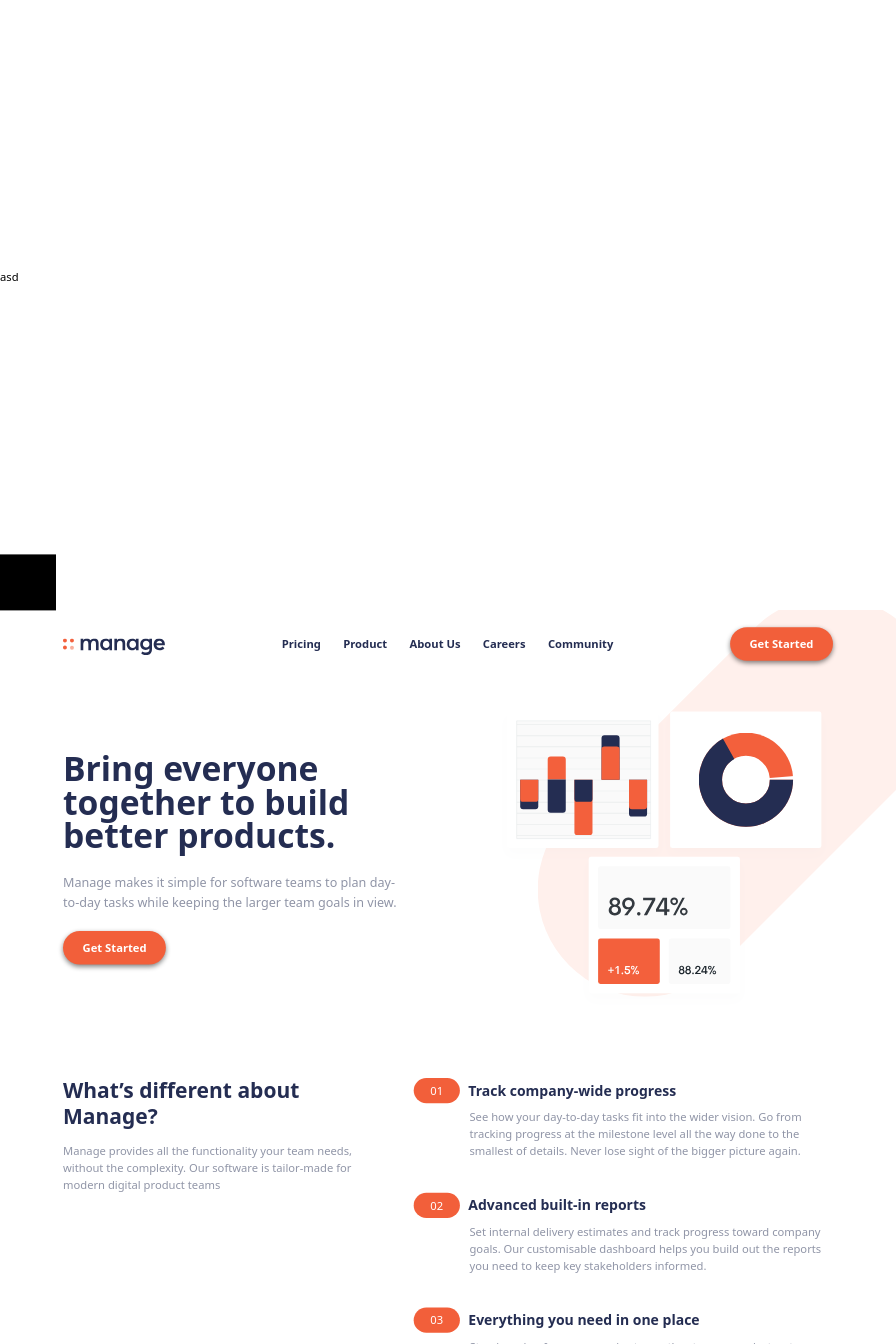
Repository: aqib-01/manage-landing-page
Page: /
These files come from the project's save history. The page is drawn as it stood at one moment and after the next save; the edit follows.
The browser window is 1280 px wide. The pictures show the part of the page from y = 0 to 1920 px (the page is 3052 px tall before and 2644 px after), at 70% of full size.
The project was rebuilt for these pictures with package versions that can differ from the ones it lists, and the page was loaded fresh each time.

Above is the page before, as saved 2022-05-13 21:38:04.

After the next save:
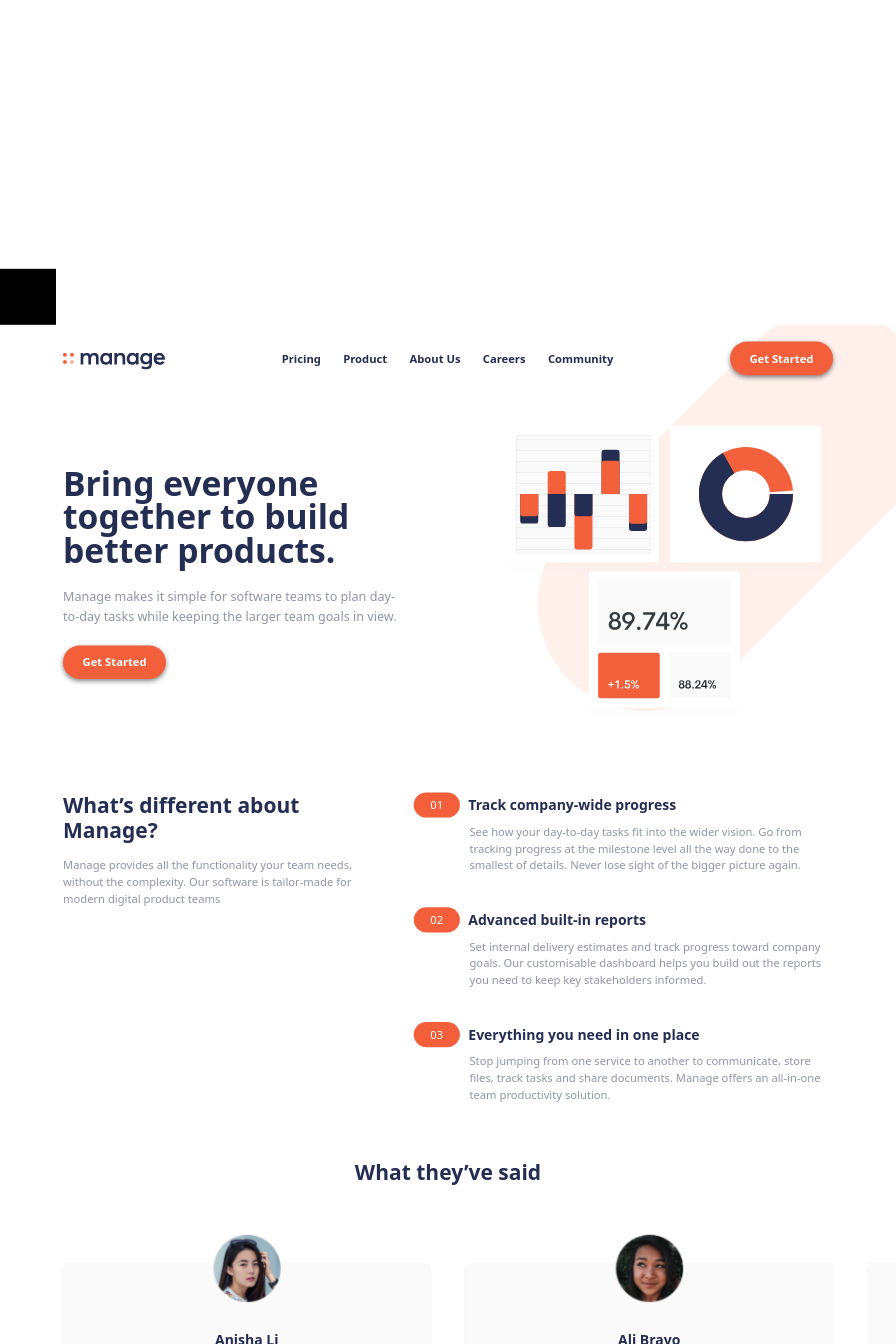
Saved 14 s later.
--- a/src/App.js
+++ b/src/App.js
@@ -24,7 +24,7 @@ const App = () => {
   return (
     <>
       <>
-        <div className="mt-96">asd</div>
+
         <div className="box h-20 w-20 bg-black mt-96"></div>
       </>
       <div className="nav-intro-sect">
